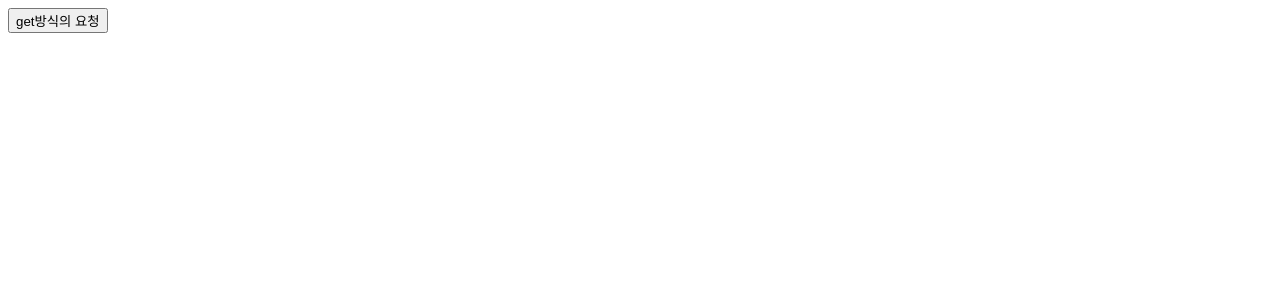
Repository: kimwoongasd/JSPAndServlet
Page: http://localhost/day1222/
An editor plug-in stored every save of this project. The page is shown before and after the next save, followed by the edit.
The browser window is 1280 px wide. The pictures show the whole page.
The page is served by Tomcat 9.

Above is the page before, as saved 2023-12-22 06:44:13.

After the next save:
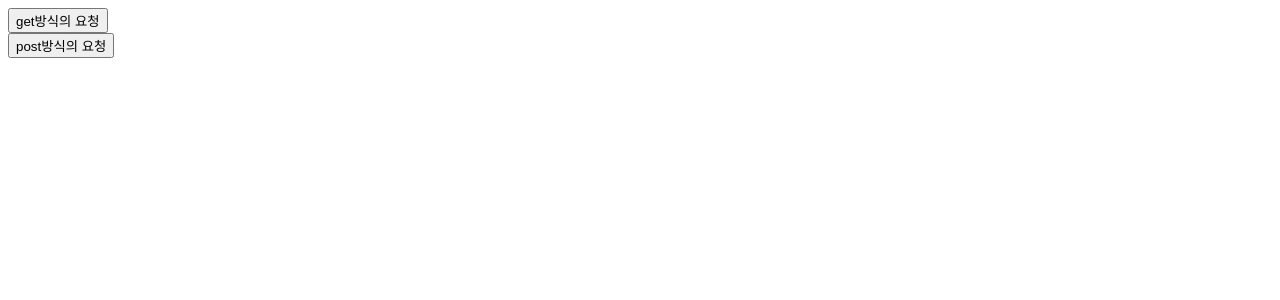
Saved 12 s later.
--- a/day1222/src/main/webapp/index.jsp
+++ b/day1222/src/main/webapp/index.jsp
@@ -10,5 +10,8 @@
 	<form action="hello" method="get">
 		<input type="submit" value="get방식의 요청">
 	</form>
+	<form action="hello" method="post">
+		<input type="submit" value="post방식의 요청">
+	</form>
 </body>
 </html>
